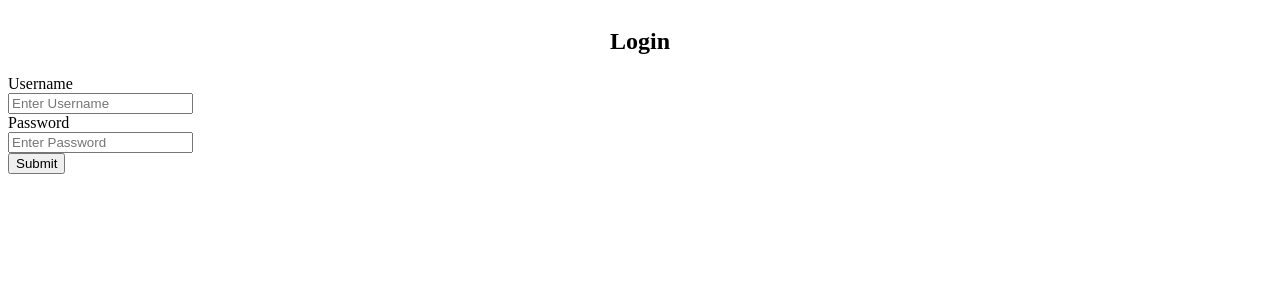
Repository: Shivamkr522/Contact_Us_Page
Page: http://localhost/ContactUs/login.jsp
An editor plug-in stored every save of this project. The page is shown before and after the next save, followed by the edit.
The browser window is 1280 px wide. The pictures show the whole page.
The page is served by Tomcat 9. Other server files are loaded and not shown.

Above is the page before, as saved 2022-12-11 13:05:27.

### ContactUs/src/main/webapp/login.jsp
<%@ page language="java" contentType="text/html; charset=UTF-8"
    pageEncoding="UTF-8"%>
 <%@ taglib prefix="c" uri="http://java.sun.com/jsp/jstl/core"%>
<!DOCTYPE html>
<html>
<head>
<meta charset="UTF-8">
<title>Login</title>
<link rel="stylesheet" href="login.css">

</head>
<body>
	<div id="login-box">
		<h2>Login</h2>
		<form action="login" method="post">
			<label for="user-name">Username</label>
			<br>
			<input type="text" name="username" id="user" placeholder="Enter Username">
			<br>
			<label for="password">Password</label>
			<br>
			<input type="password" name="password" id="pass" placeholder="Enter Password">
			<br>
			<button>Submit</button>
		</form>
	</div>
</body>
</html>

### ContactUs/src/main/webapp/login.css
@charset "UTF-8";

h2{
	text-align: center;

}

#login-box{
	display: flex;
	flex-direction: column;
}

After the next save:
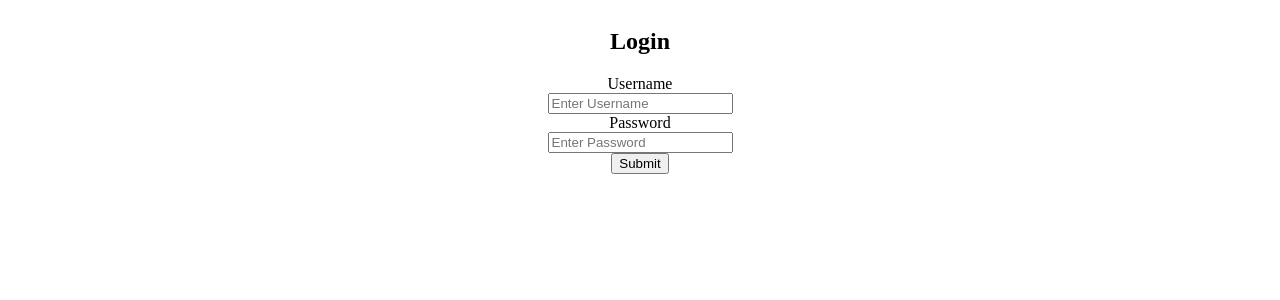
Saved 38 s later.
--- a/ContactUs/src/main/webapp/login.css
+++ b/ContactUs/src/main/webapp/login.css
@@ -2,7 +2,10 @@
 
 h2{
 	text-align: center;
+}
 
+form{
+	text-align: center;
 }
 
 #login-box{
